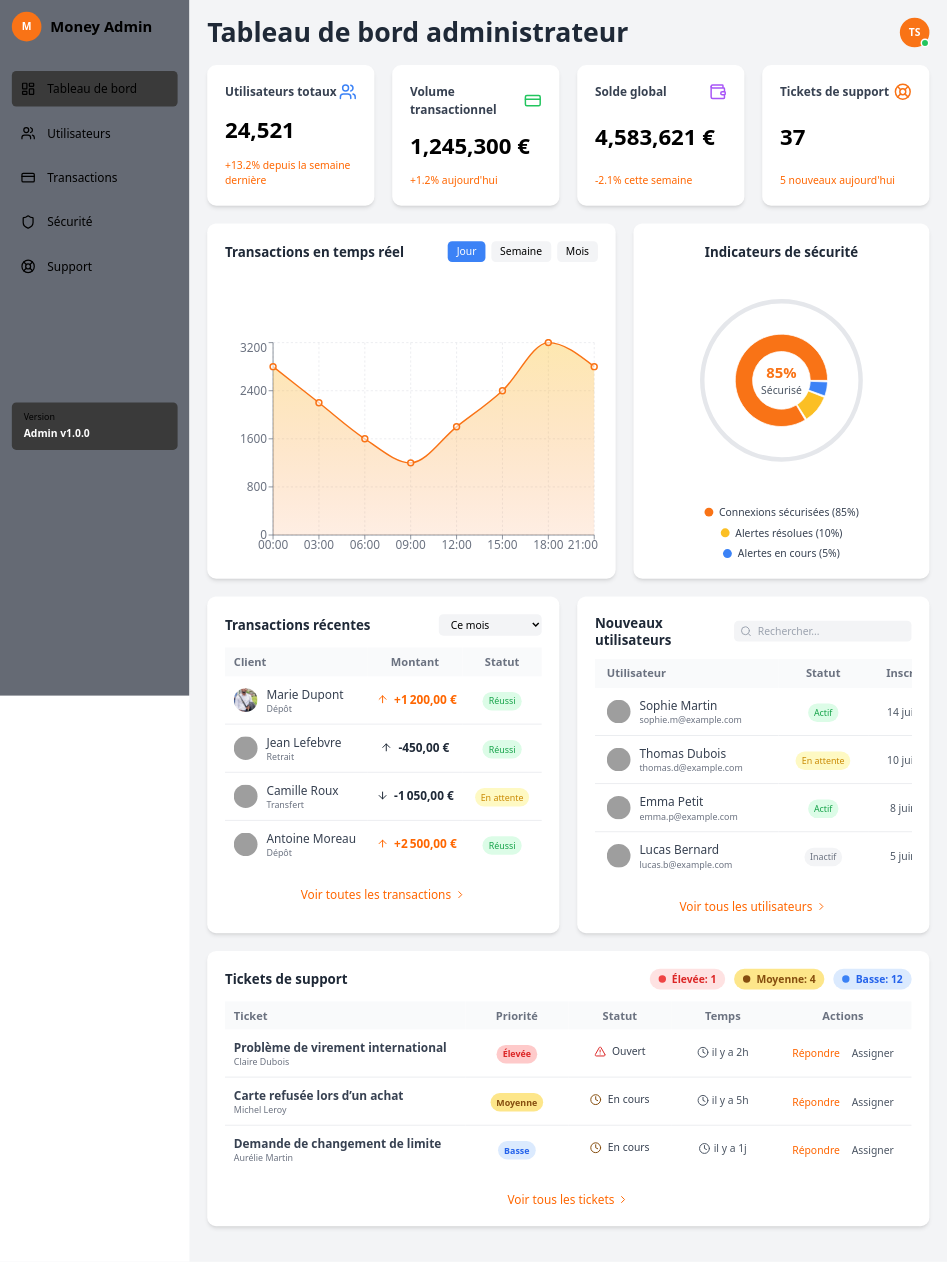
Repository: Edongo999/Dashboard
Page: /
An editor plug-in stored every save of this project. The page is shown before and after the next save, followed by the edit.
The browser window is 1280 px wide. The pictures show the whole page, at 74% of full size.
Pictures or frames that could not be fetched are drawn as grey boxes. The project was rebuilt for these pictures with package versions that can differ from the ones it lists, and the page was loaded fresh each time. Also part of the build but not shown: vite.config.ts.

Above is the page before, as saved 2025-10-15 06:33:40.

### index.html
<!doctype html>
<html lang="en">
  <head>
    <meta charset="UTF-8" />
    <link rel="icon" type="image/svg+xml" href="/vite.svg" />
    <meta name="viewport" content="width=device-width, initial-scale=1.0" />
    <title>mon_dashboard</title>
  </head>
  <body>
    <div id="root"></div>
    <script type="module" src="/src/main.tsx"></script>
  </body>
</html>

### src/App.tsx

import Sidebar from "./components/Sidebar"
import StatBlock from "./components/StatBlock"
import UserAvatar from "./components/UserAvatar"
import RealtimeChart from "./components/RealtimeChart"
import SecurityIndicators from "./components/SecurityIndicators"
import RecentActivity from "./components/RecentActivity"
import NewUsersTable from "./components/NewUsersTable"
import SupportTickets from "./components/SupportTickets"
import { Users, CreditCard, Wallet, LifeBuoy } from "lucide-react"

const App = () => {
  const kpis = [
    {
      title: "Utilisateurs totaux",
      value: "24,521",
      subtext: "+13.2% depuis la semaine dernière",
      icon: <Users />,
      iconColor: "text-blue-500"
    },
    {
      title: "Volume transactionnel",
      value: "1,245,300 €",
      subtext: "+1.2% aujourd'hui",
      icon: <CreditCard />,
      iconColor: "text-green-500"
    },
    {
      title: "Solde global",
      value: "4,583,621 €",
      subtext: "-2.1% cette semaine",
      icon: <Wallet />,
      iconColor: "text-purple-500"
    },
    {
      title: "Tickets de support",
      value: "37",
      subtext: "5 nouveaux aujourd'hui",
      icon: <LifeBuoy />,
      iconColor: "text-orange-500"
    }
  ]

  return (
    <div className="flex min-h-screen">
      <Sidebar />
      <main className="flex-1 overflow-auto p-6 bg-[#F3F4F6]">

        {/* ✅ Titre + avatar */}
        <div className="flex items-center justify-between mb-6">
          <h1 className="text-4xl font-bold text-gray-800">
            Tableau de bord administrateur
          </h1>
          <UserAvatar />
        </div>

        {/* ✅ Cartes KPI */}
        <div className="grid grid-cols-1 sm:grid-cols-2 lg:grid-cols-4 gap-6 mb-6">
          {kpis.map((kpi, i) => (
            <StatBlock key={i} {...kpi} />
          ))}
        </div>

        {/* ✅ Section monitoring élargie sur desktop */}
        <div className="grid grid-cols-1 lg:grid-cols-[1.6fr_400px] gap-6 mb-6 w-full">
          <RealtimeChart />
          <SecurityIndicators />
        </div>

        {/* ✅ Section activité + utilisateurs côte à côte */}
        <div className="grid grid-cols-1 lg:grid-cols-2 gap-6 mb-6">
          <RecentActivity />
          <NewUsersTable />
        </div>

        {/* ✅ Dernière section : tickets de support */}
        <div className="grid grid-cols-1 gap-6 mb-6">
          <SupportTickets />
        </div>

      </main>
    </div>
  )
}

export default App

### src/components/Sidebar.tsx
import {
  LayoutDashboard,
  Users,
  CreditCard,
  Shield,
  LifeBuoy,
  Menu
} from "lucide-react"
import { useState } from "react"

const Sidebar = () => {
  const [open, setOpen] = useState(false)
  const [active, setActive] = useState("Tableau de bord")

  const menuItems = [
    { label: "Tableau de bord", icon: <LayoutDashboard size={20} /> },
    { label: "Utilisateurs", icon: <Users size={20} /> },
    { label: "Transactions", icon: <CreditCard size={20} /> },
    { label: "Sécurité", icon: <Shield size={20} /> },
    { label: "Support", icon: <LifeBuoy size={20} /> }
  ]

  return (
    <>
      {/* ✅ Bouton hamburger mobile */}
      <button
        className="lg:hidden fixed top-4 left-4 z-50 bg-white p-2 rounded-md shadow-md"
        onClick={() => setOpen(!open)}
      >
        <Menu className="text-gray-800" />
      </button>

      {/* ✅ Sidebar avec hauteur visuelle limitée */}
      <aside
        className={`w-64 h-[940px] bg-[#656A74] text-neutral-content flex flex-col justify-between p-4 lg:block hidden`}
      >
        {/* ✅ Logo + titre */}
        <div>
          <div className="flex items-center gap-3 mb-10">
            <div className="bg-orange-500 text-white rounded-full w-10 h-10 flex items-center justify-center font-bold text-sm shrink-0">
              M
            </div>
            <span className="text-xl font-semibold whitespace-nowrap">Money Admin</span>
          </div>

          {/* ✅ Menu principal */}
          <ul className="space-y-3">
            {menuItems.map((item) => (
              <li key={item.label}>
                <a
                  onClick={() => setActive(item.label)}
                  className={`flex items-center gap-4 py-3 px-3 text-[16px] rounded-md transition-all duration-300 ${
                    active === item.label
                      ? "bg-[#3A3A3A]"
                      : "hover:bg-neutral-600 hover:scale-[1.02]"
                  }`}
                >
                  {item.icon}
                  {item.label}
                </a>
              </li>
            ))}
          </ul>
        </div>

        {/* ✅ Bloc version en bas */}
        <div className="mt-40">
          <div className="bg-[#3A3A3A] rounded-md px-4 py-3 text-xs text-neutral-content/70">
            <p className="mb-1">Version</p>
            <span className="font-semibold text-sm text-white">Admin v1.0.0</span>
          </div>
        </div>
      </aside>
    </>
  )
}

export default Sidebar

### src/components/StatBlock.tsx
import { motion } from "framer-motion"

type StatBlockProps = {
  title: string
  value: string
  subtext: string
  icon: React.ReactNode
  iconColor: string
}

const StatBlock = ({ title, value, subtext, icon, iconColor }: StatBlockProps) => {
  return (
    <motion.div
      initial={{ opacity: 0, y: 30 }}
      animate={{ opacity: 1, y: 0 }}
      whileHover={{ scale: 1.03, y: -5 }}
      transition={{ duration: 0.3, ease: "easeOut" }}
      // 🔧 MODIFICATION ICI : largeur dynamique
      // Remplace `max-w-[240px]` par `flex-1` pour que chaque carte s’étire dans le layout
      className="bg-white shadow-md p-6 rounded-[12px] flex flex-col justify-between flex-1 h-[190px]"
    >
      <div className="flex justify-between items-center">
        <h3 className="text-base font-semibold text-gray-700">{title}</h3>
        <div className={`text-2xl ${iconColor}`}>{icon}</div>
      </div>
      <p className="text-3xl font-bold mt-2 text-black">{value}</p>
      <p className="text-sm mt-2 text-[#FF6600] font-medium">{subtext}</p>
    </motion.div>
  )
}

export default StatBlock

### src/components/UserAvatar.tsx
const UserAvatar = () => {
  return (
    <div className="relative">
      <div className="w-10 h-10 rounded-full bg-orange-500 text-white flex items-center justify-center font-bold text-sm">
        TS
      </div>
      <span className="absolute bottom-0 right-0 w-3 h-3 rounded-full border-2 border-white bg-green-500" />
    </div>
  )
}

export default UserAvatar

### src/components/RealtimeChart.tsx


import {
  AreaChart,
  Area,
  XAxis,
  YAxis,
  Tooltip,
  CartesianGrid,
  ResponsiveContainer
} from "recharts"
import { useState } from "react"

const datasets = {
  jour: [
    { time: "00:00", value: 2800 },
    { time: "03:00", value: 2200 },
    { time: "06:00", value: 1600 },
    { time: "09:00", value: 1200 },
    { time: "12:00", value: 1800 },
    { time: "15:00", value: 2400 },
    { time: "18:00", value: 3200 },
    { time: "21:00", value: 2800 }
  ],
  semaine: [
    { time: "Lun", value: 5400 },
    { time: "Mar", value: 6200 },
    { time: "Mer", value: 5800 },
    { time: "Jeu", value: 6900 },
    { time: "Ven", value: 7200 },
    { time: "Sam", value: 5100 },
    { time: "Dim", value: 4300 }
  ],
  mois: [
    { time: "S1", value: 18000 },
    { time: "S2", value: 22000 },
    { time: "S3", value: 19500 },
    { time: "S4", value: 25000 }
  ]
}

const RealtimeChart = () => {
  const [view, setView] = useState<"jour" | "semaine" | "mois">("jour")

  return (
    // ✅ Largeur fluide, hauteur augmentée
    <div className="bg-white rounded-[12px] shadow-md p-6 w-full flex flex-col justify-between min-h-[480px]">

      <div className="flex items-center justify-between flex-wrap gap-4 mb-4">
        <h2 className="text-lg font-semibold text-gray-800">Transactions en temps réel</h2>
        <div className="flex gap-2">
          {["jour", "semaine", "mois"].map((v) => (
            <button
              key={v}
              onClick={() => setView(v as "jour" | "semaine" | "mois")}
              className={`text-sm px-3 py-1 rounded-md ${
                view === v ? "bg-blue-500 text-white" : "bg-gray-100 hover:bg-gray-200"
              }`}
            >
              {v.charAt(0).toUpperCase() + v.slice(1)}
            </button>
          ))}
        </div>
      </div>

      <div className="w-full h-[300px]">
        <ResponsiveContainer width="100%" height="100%">
          <AreaChart data={datasets[view]}>
            <defs>
              <linearGradient id="colorValue" x1="0" y1="0" x2="0" y2="1">
                <stop offset="0%" stopColor="#FBBF24" stopOpacity={0.6} />
                <stop offset="100%" stopColor="#F97316" stopOpacity={0.2} />
              </linearGradient>
            </defs>
            <CartesianGrid strokeDasharray="3 3" stroke="#E5E7EB" />
            <XAxis dataKey="time" stroke="#6B7280" />
            <YAxis stroke="#6B7280" />
            <Tooltip
              contentStyle={{ backgroundColor: "#fff", borderRadius: "8px", border: "none" }}
              labelStyle={{ color: "#374151", fontWeight: "500" }}
            />
            <Area
              type="monotone"
              dataKey="value"
              stroke="#F97316"
              strokeWidth={2}
              fill="url(#colorValue)"
              dot={{ r: 4, stroke: "#F97316", strokeWidth: 2, fill: "#fff" }}
            />
          </AreaChart>
        </ResponsiveContainer>
      </div>
    </div>
  )
}

export default RealtimeChart

### src/components/SecurityIndicators.tsx
import {
  PieChart,
  Pie,
  Cell,
  ResponsiveContainer
} from "recharts"

type SecurityLabel = "Connexions sécurisées" | "Alertes résolues" | "Alertes en cours"

const rawData: { name: SecurityLabel; value: number }[] = [
  { name: "Connexions sécurisées", value: 85 },
  { name: "Alertes résolues", value: 10 },
  { name: "Alertes en cours", value: 5 }
]

const COLOR_MAP: Record<SecurityLabel, string> = {
  "Connexions sécurisées": "#F97316",
  "Alertes résolues": "#FBBF24",
  "Alertes en cours": "#3B82F6"
}

const SecurityIndicators = () => {
  const total = rawData.reduce((sum, item) => sum + item.value, 0)

  const data = rawData.map((item) => ({
    ...item,
    percent: ((item.value / total) * 100).toFixed(0) + "%",
    color: COLOR_MAP[item.name]
  }))

  return (
    // ✅ Largeur fluide, aligné à gauche sur desktop, centré sur mobile
    <div className="bg-white rounded-[12px] shadow-md p-6 w-full lg:mx-0 mx-auto flex flex-col items-center justify-between min-h-[480px]">

      {/* ✅ Titre centré */}
      <h2 className="text-lg font-semibold text-gray-800 text-center">Indicateurs de sécurité</h2>

      {/* ✅ Donut centré */}
      <div className="relative flex items-center justify-center mt-4 mb-6 w-full aspect-square max-w-[220px]">
        <div className="w-full h-full rounded-full border-[6px] border-gray-200 flex items-center justify-center">
          <div className="w-[80%] h-[80%]">
            <ResponsiveContainer width="100%" height="100%">
              <PieChart>
                <Pie
                  data={data}
                  dataKey="value"
                  innerRadius="50%"
                  outerRadius="80%"
                  paddingAngle={2}
                >
                  {data.map((item) => (
                    <Cell key={item.name} fill={item.color} />
                  ))}
                </Pie>
              </PieChart>
            </ResponsiveContainer>
          </div>

          {/* ✅ Texte centré dans le donut */}
          <div className="absolute text-center">
            <p className="text-xl font-bold text-orange-500">85%</p>
            <p className="text-sm text-gray-600">Sécurisé</p>
          </div>
        </div>
      </div>

      {/* ✅ Légende centrée */}
      <div className="flex flex-col items-center gap-2 text-sm text-gray-700">
        {data.map((item) => (
          <div key={item.name} className="flex items-center gap-2">
            <span
              className="w-3 h-3 rounded-full"
              style={{ backgroundColor: item.color }}
            />
            <span>{item.name} ({item.percent})</span>
          </div>
        ))}
      </div>
    </div>
  )
}

export default SecurityIndicators

### src/components/NewUsersTable.tsx
import { ChevronRight, Search, X } from "lucide-react"
import { useState } from "react"

// ✅ Liste des utilisateurs (tu peux ajouter le champ avatar si tu veux gérer les images)
const users = [
  {
    name: "Sophie Martin",
    email: "sophie.m@example.com",
    status: "Actif",
    date: "14 juin 2023",
    avatar: "/src/assets/images/sophie.jpg" // 👉 Tu insères tes propres images ici
  },
  {
    name: "Thomas Dubois",
    email: "thomas.d@example.com",
    status: "En attente",
    date: "10 juin 2023",
    avatar: "/src/assets/images/thomas.jpg"
  },
  {
    name: "Emma Petit",
    email: "emma.p@example.com",
    status: "Actif",
    date: "8 juin 2023",
    avatar: "/src/assets/images/emma.jpg"
  },
  {
    name: "Lucas Bernard",
    email: "lucas.b@example.com",
    status: "Inactif",
    date: "5 juin 2023",
    avatar: "/src/assets/images/lucas.jpg"
  }
]

const NewUsersTable = () => {
  const [zoomedImage, setZoomedImage] = useState<string | null>(null)

  return (
    <div className="bg-white rounded-[12px] shadow-md p-6 w-full lg:max-w-[600px]">

      {/* ✅ Titre + barre de recherche sur la même ligne */}
      <div className="flex justify-between items-center mb-4">
        <h2 className="text-lg font-bold text-gray-800 leading-tight">
          Nouveaux<br />utilisateurs
        </h2>
        <div className="relative w-[240px]">
          <input
            type="text"
            placeholder="Rechercher..."
            className="text-sm bg-gray-100 pl-8 pr-3 py-1 rounded-md w-full"
          />
          <Search className="absolute left-2 top-1.5 w-4 h-4 text-gray-400" />
        </div>
      </div>

      {/* ✅ Tableau avec animation et zoom image */}
      <div className="overflow-x-auto">
        <table className="min-w-[500px] w-full text-[15px] text-left">
          <thead>
            <tr className="bg-[#F9FAFB] text-gray-500 font-normal">
              <th className="py-2 px-4">Utilisateur</th>
              <th className="py-2 px-4 text-center">Statut</th>
              <th className="py-2 px-4 text-center">Inscription</th>
            </tr>
          </thead>
          <tbody className="divide-y divide-gray-200">
            {users.map((user, i) => {
              const statusColor =
                user.status === "Actif"
                  ? "bg-green-100 text-green-600"
                  : user.status === "En attente"
                  ? "bg-yellow-100 text-yellow-600"
                  : "bg-gray-100 text-gray-500"

              return (
                <tr
                  key={i}
                  className="text-gray-700 align-middle text-[16px] transition duration-200 hover:bg-gray-50"
                >
                  <td className="py-3 px-4">
                    <div className="flex items-center gap-3">
                      {/* ✅ Avatar avec effet de zoom et icône d’indication */}
                      <div
                        className="relative group cursor-pointer"
                        onClick={() => setZoomedImage(user.avatar)}
                      >
                        <img
                          src={user.avatar}
                          alt={user.name}
                          className="w-8 h-8 rounded-full object-cover transition-transform duration-300 group-hover:scale-110"
                        />
                        {/* ✅ Indicateur visuel au survol */}
                        <div className="absolute inset-0 rounded-full bg-black bg-opacity-30 opacity-0 group-hover:opacity-100 flex items-center justify-center transition-opacity">
                          <span className="text-white text-xs">🔍</span>
                        </div>
                      </div>

                      {/* ✅ Nom + email */}
                      <div className="whitespace-nowrap">
                        <p className="font-medium">{user.name}</p>
                        <p className="text-xs text-gray-500">{user.email}</p>
                      </div>
                    </div>
                  </td>

                  {/* ✅ Statut avec badge coloré */}
                  <td className="py-3 px-4 text-center">
                    <span className={`px-2 py-1 rounded-full text-xs font-medium ${statusColor}`}>
                      {user.status}
                    </span>
                  </td>

                  {/* ✅ Date d’inscription */}
                  <td className="py-3 px-4 text-center">
                    <span className="text-sm text-gray-600">{user.date}</span>
                  </td>
                </tr>
              )
            })}
          </tbody>
        </table>
      </div>

      {/* ✅ Bouton en bas */}
        <div className="mt-6 flex justify-center">
    <button className="text-base text-[#FF6600] font-medium hover:underline flex items-center gap-1">
        Voir tous les utilisateurs <ChevronRight className="w-4 h-4" style={{ color: "#FF6600" }} />
    </button>
    </div>


      {/* ✅ Modal zoom image */}
      {zoomedImage && (
        <div className="fixed inset-0 bg-black bg-opacity-60 flex items-center justify-center z-50">
          <div className="relative bg-white rounded-lg p-4 shadow-lg max-w-sm w-full">
            <button
              onClick={() => setZoomedImage(null)}
              className="absolute top-2 right-2 text-gray-500 hover:text-gray-800"
            >
              <X className="w-5 h-5" />
            </button>
            <img
              src={zoomedImage}
              alt="Zoom"
              className="w-full h-auto rounded-md object-cover"
            />
          </div>
        </div>
      )}
    </div>
  )
}

export default NewUsersTable

Loaded but not shown: src/main.tsx (common file); src/index.css (common file); tailwind.config.js (26 lines, source omitted); src/components/SupportTickets.tsx (161 lines, source omitted); src/components/RecentActivity.tsx (162 lines, source omitted)

After the next save:
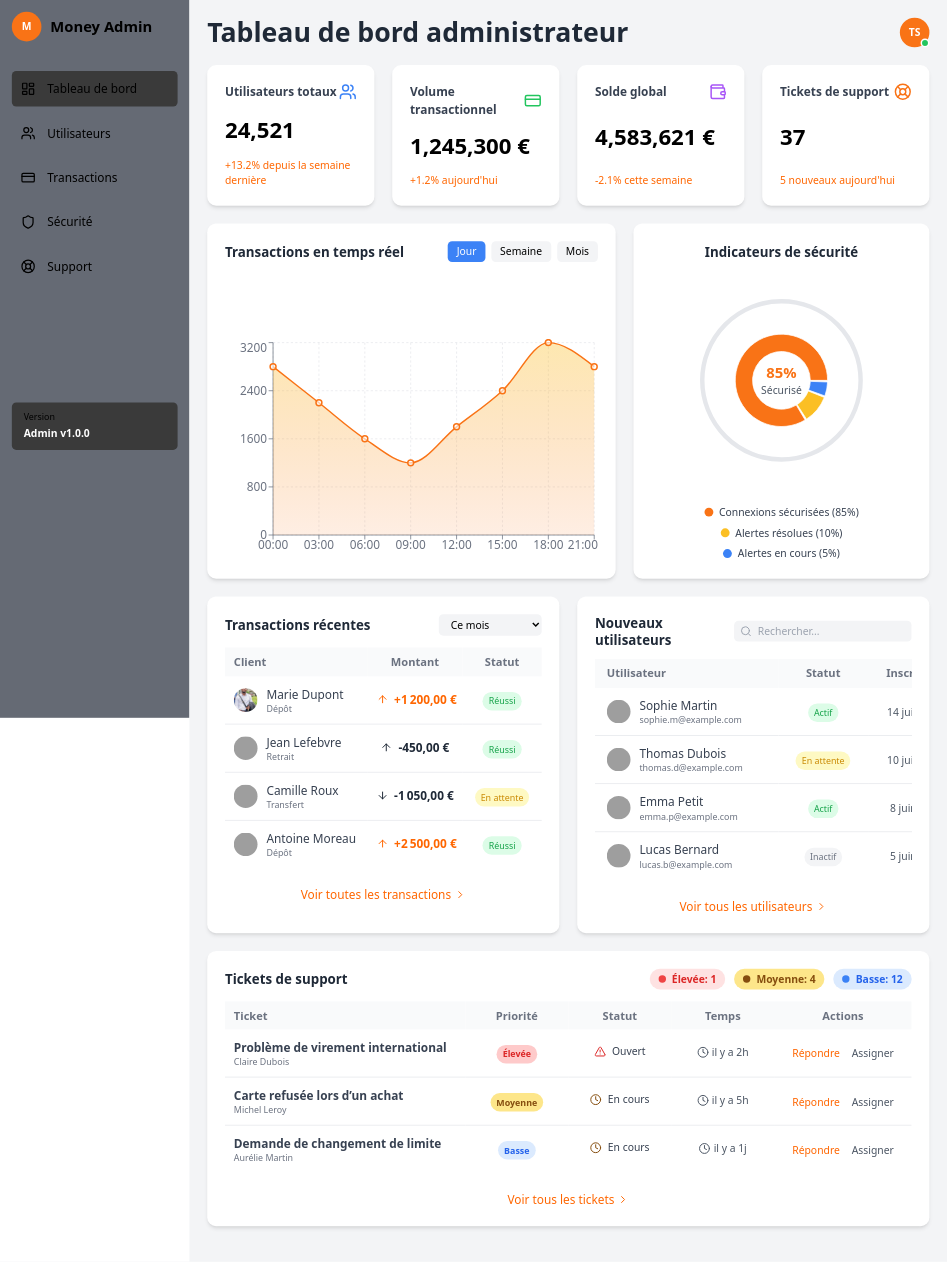
Saved 11 s later.
--- a/src/components/Sidebar.tsx
+++ b/src/components/Sidebar.tsx
@@ -32,7 +32,7 @@ const Sidebar = () => {
 
       {/* ✅ Sidebar avec hauteur visuelle limitée */}
       <aside
-        className={`w-64 h-[940px] bg-[#656A74] text-neutral-content flex flex-col justify-between p-4 lg:block hidden`}
+        className={`w-64 h-[970px] bg-[#656A74] text-neutral-content flex flex-col justify-between p-4 lg:block hidden`}
       >
         {/* ✅ Logo + titre */}
         <div>
